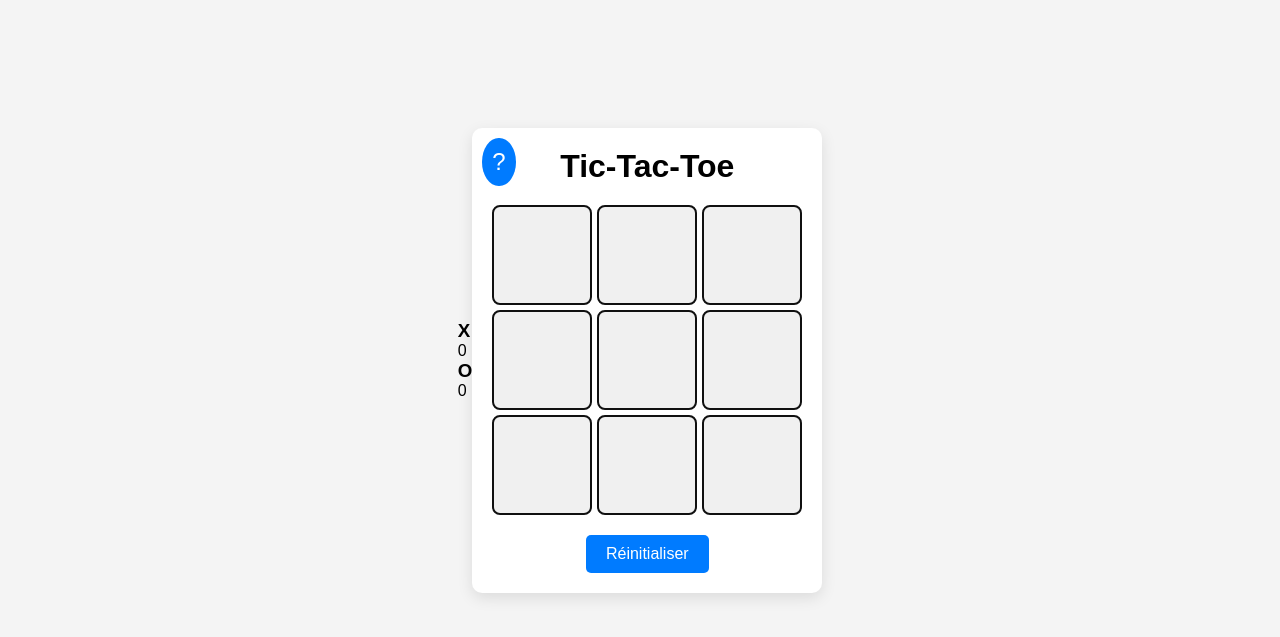
Repository: FTheo57/EvaluationGit
Page: index.html
The author's editor kept a copy of each file at every save. The page is drawn from the files as they stood at one save, then again after the next save.
The browser window is 1280 px wide. The pictures show the whole page.

Above is the page before, as saved 2025-03-10 16:24:04.

After the next save:
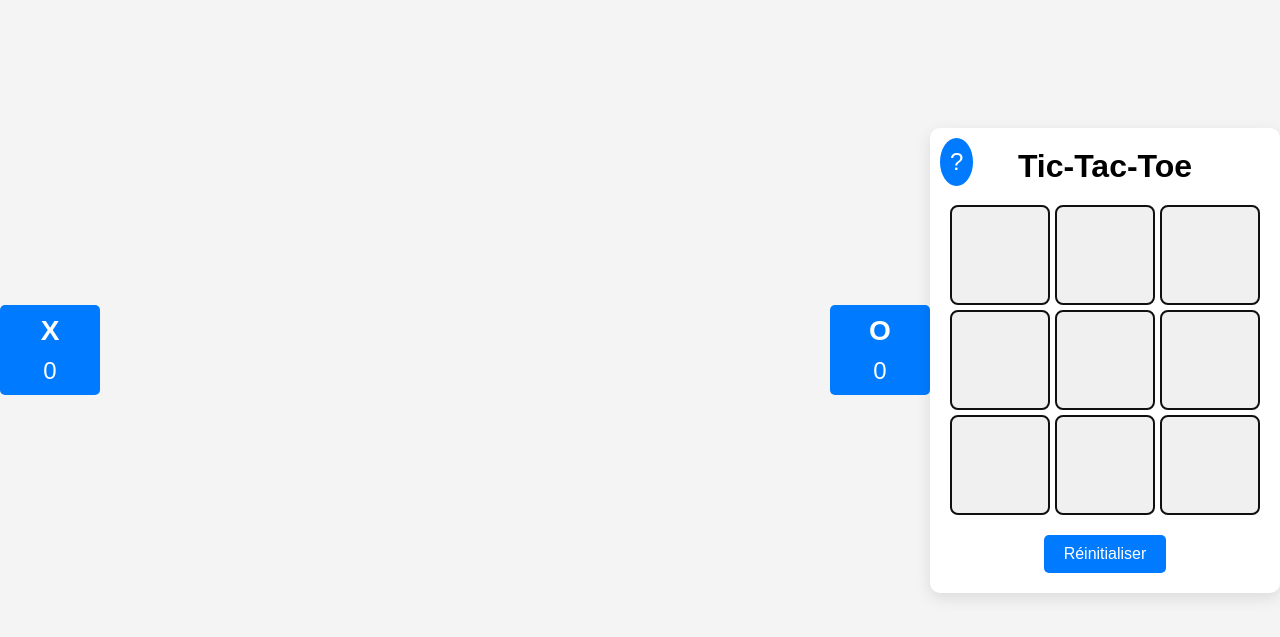
Saved 5 min 19 s later.
--- a/css/styles.css
+++ b/css/styles.css
@@ -21,7 +21,27 @@ body {
     box-shadow: 0 5px 15px rgba(0, 0, 0, 0.1);
     position: relative;
 }
+/* Tableau des scores */
+.scoreboard {
+    display: flex;
+    justify-content: space-between;
+    width: 100%;
+    margin-bottom: 20px;
+}
 
+.score-container {
+    width: 100px;
+    text-align: center;
+    padding: 10px;
+    background-color: #007bff;
+    color: white;
+    border-radius: 5px;
+    font-size: 1.5rem;
+}
+
+.score-container h3 {
+    margin-bottom: 10px;
+}
 h1 {
     margin-bottom: 20px;
     font-size: 2rem;
